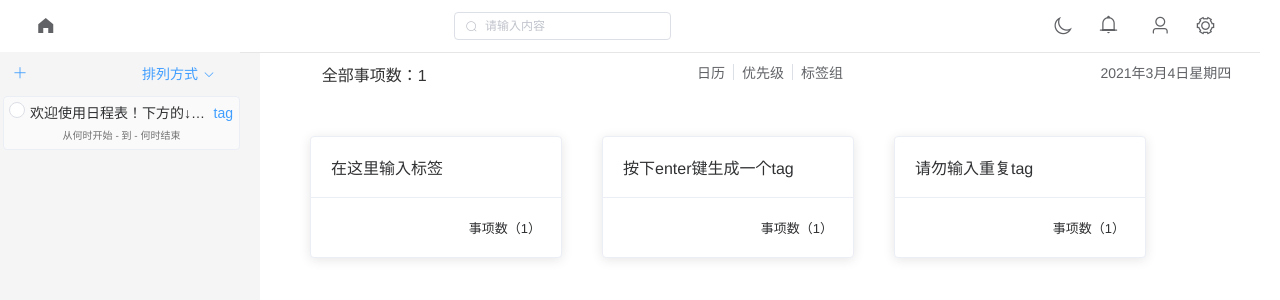
Repository: sierra0114/project01
Page: /#/tags
An editor plug-in stored every save of this project. The page is shown before and after the next save, followed by the edit.
The browser window is 1280 px wide. The pictures show the whole page.
The project was rebuilt for these pictures with package versions that can differ from the ones it lists, and the page was loaded fresh each time. Also part of the build but not shown: vue.config.js, src/components/Approaching.vue, src/components/Expired.vue, src/components/System.vue, src/components/Calendar.vue, src/components/User.vue, src/components/Login.vue, src/components/Register.vue and 2 more.

Above is the page before, as saved 2021-03-04 00:34:42.

### public/index.html
<!DOCTYPE html>
<html>

<head>
  <meta charset="utf-8">
  <meta name="viewport" content="width=device-width,initial-scale=1.0">
  <title>日程表</title>
  <style media="screen" type="text/css">
    body {
      font-family: "Helvetica Neue", Helvetica, "PingFang SC", "Hiragino Sans GB", "Microsoft YaHei", "微软雅黑", Arial, sans-serif;
      margin: 0;
      padding: 0;
      overflow-y: hidden;
      overflow-x: hidden;
      color: #333333;
      width: 100vw;
      height: 100vh;
    }

    #appLoading {
      width: 100%;
      height: 100%;
      background-color: rgb(130, 161, 177);
      z-index: 9999;
    }

    #loadingImg {
      border-radius: 50%;
      position: absolute;
      top: 45%;
      left: 48%;
      translate: 1s ease-in-out 0;
      animation: rotate 1s linear infinite;
    }


    /* 覆盖user页面里默认的图标颜色 */

    .el-icon-basketball:before {
      content: "\e7a5";
      color: rgb(224, 130, 53);
    }

    .el-icon-cold-drink:before {
      content: "\e7a5";
      color: rgb(235, 231, 47);
    }

    .el-icon-grape:before {
      content: "\e7a5";
      color: rgb(74, 55, 97);
    }

    .el-icon-apple:before {
      content: "\e7a5";
      color: rgb(175, 56, 56);
    }

    .el-icon-lollipop:before {
      content: "\e7a5";
      color: rgb(75, 165, 218);
    }

    .el-icon-coffee:before {
      content: "\e7a5";
      color: rgb(107, 79, 62);
    }

    .el-icon-user-solid:before {
      content: "\e7a5";
      color: rgb(227, 235, 243);
    }
  </style>
</head>

<body>
  <div id="appLoading">
    <div id="loadingImg">
      <svg t="1613764102468" class="icon" viewBox="0 0 1024 1024" version="1.1" xmlns="http://www.w3.org/2000/svg"
        p-id="6649" data-spm-anchor-id="a313x.7781069.0.i24" width="48" height="48">
        <path
          d="M546.462897 266.292966c-73.410207 0-133.15531-59.727448-133.155311-133.137656C413.307586 59.762759 473.05269 0 546.462897 0c73.410207 0 133.12 59.727448 133.12 133.15531 0 73.410207-59.709793 133.137655-133.12 133.137656z m-283.453794 105.736827c-67.054345 0-121.626483-54.554483-121.626482-121.644138s54.572138-121.644138 121.626482-121.644138a121.767724 121.767724 0 0 1 121.608828 121.644138c0 67.054345-54.554483 121.644138-121.608828 121.644138zM142.547862 647.185655A107.343448 107.343448 0 0 1 35.310345 539.895172a107.343448 107.343448 0 0 1 107.237517-107.237517 107.343448 107.343448 0 0 1 107.219862 107.237517 107.343448 107.343448 0 0 1-107.219862 107.272828z m120.461241 272.595862a91.047724 91.047724 0 0 1-90.941793-90.959448 91.065379 91.065379 0 0 1 90.924138-90.941793 91.065379 91.065379 0 0 1 90.941793 90.941793c0 50.14069-40.783448 90.959448-90.924138 90.959448zM546.462897 1024a79.518897 79.518897 0 0 1-79.448276-79.448276c0-43.820138 35.645793-79.448276 79.448276-79.448276a79.518897 79.518897 0 0 1 79.43062 79.448276c0 43.820138-35.628138 79.448276-79.448276 79.448276z m287.744-134.285241a64.194207 64.194207 0 0 1-64.123587-64.123587 64.194207 64.194207 0 0 1 64.123587-64.123586 64.194207 64.194207 0 0 1 64.123586 64.123586 64.194207 64.194207 0 0 1-64.123586 64.123587z m117.848275-296.695173a52.683034 52.683034 0 0 1-52.612413-52.612414 52.683034 52.683034 0 0 1 52.612413-52.630069 52.70069 52.70069 0 0 1 52.630069 52.612414 52.718345 52.718345 0 0 1-52.630069 52.630069z m-158.667034-338.696827a40.818759 40.818759 0 1 0 81.655172 0.017655 40.818759 40.818759 0 0 0-81.655172 0z"
          p-id="6650" data-spm-anchor-id="a313x.7781069.0.i23" class="" fill="#ffffff"></path>
      </svg>
    </div>
  </div>

  <div id="app"></div>

</body>

</html>

### src/layout/AppMain.vue
<template>
  <el-container>
    <el-header height="52px">

      <Header @to-appmain="refSidbar"></Header>

    </el-header>
    <el-container v-if="!noSidebar">
      <el-aside width="260px">

        <Sidbar ref="Sidbar"></Sidbar>

      </el-aside>
      <el-main>

        <router-view name="Main"></router-view>

      </el-main>

    </el-container>

  </el-container>
</template>
<script>
import Header from '../components/Header'
import Sidbar from '../components/Sidbar'
// import Main from '../components/Main'
import dataBase from '../data/dataBase.js'
export default {
  name: 'AppMain',
  components: {
    Header,
    Sidbar
  },
  computed: {},
  data () {
    return {
      msg: 'hello',
      noSidebar: false
    }
  },
  methods: {
    refSidbar (info) {
      this.$refs.Sidbar.passThisToForm(info)
    }
  },
  created () {
    dataBase() // 初始化数据库
  }
}
</script>
<style scoped>
.el-header,
.el-footer {
  text-align: center;
  line-height: 50px;
  height: 50px;
}
Header {
  line-height: 50px;
  height: 50px;
}

.el-aside {
  background-color: rgb(245, 245, 245);
  text-align: center;
}

.el-main {
  text-align: center;
  padding: 10px;
}

body > .el-container {
  margin-bottom: 0;
  width: 100vw;
  height: 100vh;
}

.el-container:nth-child(5) .el-aside,
.el-container:nth-child(6) .el-aside {
  line-height: 260px;
}

.el-container:nth-child(7) .el-aside {
  line-height: 320px;
}

/* header {
  display: flex;
  position: fixed;
  top: 0;
  left: 0;
  width: 100vw;
  height: 40px;
  background-color: rgb(255, 0, 0);
}
sidbar {
  display: flex;
  width: 200px;
  background-color: rgb(200, 255, 0);
}
main {
  position: relative;
  display: flex;

  top: 40px;
  left: 0;
  right: 0;
  background-color: rgb(0, 255, 13);
}
full-calendar {
flex-grow: 1;
  background-color: rgb(0, 255, 255);
} */
</style>

### src/components/Sidbar.vue


<template id='Sidbar'>
  <div class="Sidbar">
    <div class="container">
      <el-row>
        <el-col :span="24">
          <Form @bindFunc="getListFromForm" ref="drawer"></Form>
          <div class="view-change">
            <el-dropdown
              size="medium"
              placement="bottom"
              @command="handleCommand"
            >
              <span class="drop-down-link"
                >排列方式<i class="el-icon-arrow-down el-icon--right"></i
              ></span>
              <el-dropdown-menu slot="dropdown">
                <el-dropdown-item command="a">时间顺序</el-dropdown-item>
                <el-dropdown-item command="b">时间逆序</el-dropdown-item>
                <!-- <el-dropdown-item command="c">螺蛳粉</el-dropdown-item>
              <el-dropdown-item command="d" disabled>双皮奶</el-dropdown-item>
              <el-dropdown-item command="e" divided>蚵仔煎</el-dropdown-item> -->
              </el-dropdown-menu>
            </el-dropdown>
          </div>
        </el-col>
      </el-row>
    </div>

    <div class="empty"></div>
    <div class="cards" v-if="!isReverse">
      <SidbarCard
        v-for="item in this.resovedList"
        :key="item.reKey"
        :info="item"
        @openForm-between="passThisToForm"
      ></SidbarCard>
      <!-- info绑定的是子组件的props的属性 -->
    </div>
    <div class="cards" v-else>
      <SidbarCard
        v-for="item in this.resovedListReverse"
        :key="item.reKey"
        :info="item"
        @openForm-between="passThisToForm"
      ></SidbarCard>
      <!-- info绑定的是子组件的props的属性 -->
    </div>

    <div class="empty"></div>
  </div>
</template>

<script>
import SidbarCard from "./SidbarCard.vue";
import Form from "./Form";

export default {
  name: "Sidbar",
  data() {
    return {
      list: [], // 从数据库取得的所有数据数组
      resovedList: [], // 解析list以得到的缩略版本，顺序数组，传递给子组件sidbarCard
      resovedListReverse: [], // 和resovedList一样，逆序数组，传递给子组件sidbarCard

      // flag
      isReverse: false, // 数组是否逆序
    };
  },
  components: {
    SidbarCard,
    Form,
  },
  methods: {
    getListFromForm(list) {
      // eslint-disable-next-line no-unused-vars
      this.list = list;
    },
    getList() {
      let db; // 数据库对象
      let objStore; // 对象仓库
      let request; // 请求
      let transaction; // 连接事务
      let readRequest; // 读写事务

      request = window.indexedDB.open("db"); // 连接数据库
      request.onerror = () => {
        // 请求失败
        // console.log('连接数据库请求 失败 ！因为' + event)
      };

      request.onsuccess = (event) => {
        // 请求成功
        db = event.target.result;
        // db=request.result  一样的效果
        // console.log('连接数据库请求 成功 ')
        transaction = db.transaction("info", "readwrite"); // 开启读写事务
        objStore = transaction.objectStore("info"); // 指定事务为‘info’对象仓库的事务
        readRequest = objStore.getAll(null);

        readRequest.onerror = () => {
          // console.log('读写事务 失败！')
        };
        readRequest.onsuccess = () => {
          // console.log('读写事务 成功！已经获取到了list数据')
          this.list = readRequest.result;
          console.log("侧边栏获取到了list，它的值为：");
          console.log(this.list);
        };
      };
    },
    toColorClass(item) {
      let Class = "";
      let color = item.color;
      switch (color) {
        case "red":
          Class = "danger";
          break;
        case "blue":
          Class = "primary";
          break;
        case "green":
          Class = "success";
          break;
        case "yellow":
          Class = "warning";
          break;
        case "grey":
          Class = "info";
          break;
        case "":
          Class = "";
      }
      return Class;
    },
    getTime(item, num) {
      let timeObj = item.time[num];
      // eslint-disable-next-line valid-typeof
      if (typeof timeObj === null) {
        // time对象的类型为null（time对象为空
        return "时间对象不存在";
        // eslint-disable-next-line valid-typeof
      } else if (typeof timeObj === "string") {
        // time对象的类型为string（初始化数据的情况
        return timeObj;
      } else {
        let timetr = getTimeStr();
        return timetr;
      }
      function getTimeStr() {
        if (typeof timeObj === "object") {
          const day = timeObj.getDay();
          const date = timeObj.getDate();
          const month = timeObj.getMonth() + 1;
          const year = timeObj.getFullYear();
          const weekMap = [
            "",
            "星期一",
            "星期二",
            "星期三",
            "星期四",
            "星期五",
            "星期六",
            "星期日",
            "",
          ];
          const timeStr = year + "/" + month + "/" + date + " " + weekMap[day];
          return timeStr;
        }
      }
    },
    getTag(item) {
      let tags = [];
      let reTags = "";
      tags = item.tags;
      for (let i in tags) {
        reTags += "#" + tags[i] + " ";
      }
      return reTags;
    },
    getTagFlag(item) {
      let tags = [];
      tags = item.tags;

      if (tags.length === 0) {
        return false;
      } else {
        return true;
      }
    },
    getResovedList() {
      let resovedList = [];
      for (let i in this.list) {
        let item = this.list[i];
        let reTime = item.time;
        let reKey = item.key;
        let reMainText = item.mainText;
        let reColor = this.toColorClass(item);
        let reTimeFrom = this.getTime(item, 0);
        let reTimeTo = this.getTime(item, 1);
        let reTag = this.getTag(item);
        let tagFlag = this.getTagFlag(item);

        let resovedItem = {
          reTime,
          reMainText,
          reColor,
          reTimeFrom,
          reTimeTo,
          reTag,
          tagFlag,
          reKey,
        };

        resovedList.push(resovedItem);
      }
      resovedList.sort((a, b) => {
        return a.reTime[0] - b.reTime[0];
      });
      console.log("22222222222222");
      console.log(resovedList);
      return resovedList;
    },
    passThisToForm(keyOrInfo) {
      // 有两个调用来源：
      // 1从子组件sidbarCard的emit（参数为一个事项的key）
      // 2从父组件appmian的ref（参数为一个事项的全部信息）
      if (keyOrInfo.mainText) {
        let info = keyOrInfo;
        this.$refs.drawer.open(info); // 调用form的openForm方法
      } else {
        let key = keyOrInfo;
        for (let i in this.list) {
          if (this.list[i].key === key) {
            let info = this.list[i];
            this.$refs.drawer.open(info); // 调用form的openForm方法
            return;
          }
        }
      }
    },
    // --------------------------------------------------------------------------------------------------
    // --------------------------------------     下拉菜单指令     --------------------------------------
    // --------------------------------------------------------------------------------------------------
    handleCommand(command) {
      if (command === "a") {
        this.isReverse = false;
        console.log(this.isReverse);
        this.$message("正序");
      } else if (command === "b") {
        this.isReverse = true;
        console.log(this.isReverse);
        this.$message("逆序");
      }
    },
  },
  // --------------------------------------     whath     --------------------------------------
  watch: {
    list: {
      handler() {
        console.log("侧边栏的list更新了");
        this.resovedList = this.getResovedList();
        this.resovedListReverse = [...this.resovedList].reverse(); // 浅拷贝
        console.log("1111111111");
        console.log(this.resovedListReverse);
        console.log(this.resovedList);
      },
    },
    resovedList: {
      handler() {
        console.log("侧边栏的resovedList更新了");
      },
    },
  },
  // --------------------------------------     created     --------------------------------------

  created() {
    this.getList();
    console.log("侧边栏被创建了");
  },
  // --------------------------------------     beforeMount     --------------------------------------

  beforeMount() {
    this.resovedList = this.getResovedList();
  },
};
</script>

<!-- Add "scoped" attribute to limit CSS to this component only -->

<style scoped>
* {
  translate: 0.5s;
  font-weight: normal;
  font-size: 14px;
}
.Sidbar {
  display: block;
  background-color: rgb(245, 245, 245);

  max-height: 90vh;
  padding-right: 25px;
  overflow-y: auto;
  overflow-y: overlay;
  overflow-x: hidden;
}

.el-dropdown-link,
span {
  cursor: pointer;
  color: #409eff;
}
.el-icon-arrow-down {
  font-size: 12px;
}
.el-row {
  white-space: nowrap;
  width: fit-content;
  margin-top: 1px;

  position: fixed;
  width: 230px;
  background-color: rgb(245, 245, 245);
}
.el-col {
  display: flex;
  justify-content: space-between;
  align-items: center;
}
.container {
  position: fixed;
  width: 240px;
  height: 42px;
  background-color: rgb(245, 245, 245);
}
.newButton {
  font-size: bolder;
  padding-left: 20px;
}
.view-change {
  padding-right: 15px;
}
.empty {
  background-color: rgb(245, 245, 245);
  height: 42px;
}
.el-divider {
  top: 40px;
  margin: 0;
}
</style>

### src/components/Main.vue
<template>
  <div class="main">
    <el-row class="nav">
      <el-col :span="5">全部事项数：{{ eventsCountAll }}</el-col>

      <el-col :span="14">
        <router-link :to="{ name: 'calendar' }">
          <el-link>日历</el-link>
        </router-link>

        <el-divider direction="vertical"></el-divider>

        <router-link :to="{ name: 'priority' }">
          <el-link>优先级</el-link>
        </router-link>

        <el-divider direction="vertical"></el-divider>

        <router-link :to="{ name: 'tags' }">
          <el-link>标签组</el-link>
        </router-link>
      </el-col>
      <el-col :span="5">
        <el-link v-on:click="toToday">{{ today }}</el-link>
      </el-col>
    </el-row>
    <el-row class="view">
      <router-view></router-view>
    </el-row>
  </div>
</template>

<script>
import router from "../router";

export default {
  name: "Main",
  data() {
    return {
      today: "今天",

      // 事项计数
      eventsCountAll: 0,
      eventsCountOngoing: 0,
      eventsCountExpired: 0,

      thisMonth: 0,
    };
  },
  components: {},
  methods: {
    toToday() {
      router.push({
        name: "calendar",
        time: this.today,
      });
    },
    updatingToday() {
      setInterval(() => {
        const time = new Date();
        this.today = time;
        const day = time.getDay();
        const date = time.getDate();
        const month = time.getMonth() + 1;
        const year = time.getFullYear();
        const weekMap = [
          "",
          "星期一",
          "星期二",
          "星期三",
          "星期四",
          "星期五",
          "星期六",
          "星期日",
          "",
        ];
        const timeStr = year + "年" + month + "月" + date + "日" + weekMap[day];
        this.today = timeStr;
      }, 1000);
    },
    getEventsCount() {
      let db; // 数据库对象
      let objStore; // 对象仓库
      let request; // 请求
      let transaction; // 连接事务
      let readRequest; // 读写事务

      request = window.indexedDB.open("db"); // 连接数据库
      request.onerror = () => {
        // 请求失败
        // console.log('连接数据库请求 失败 ！因为' + event)
      };

      request.onsuccess = (event) => {
        // 请求成功
        db = event.target.result;
        // db=request.result  一样的效果
        // console.log('连接数据库请求 成功 ')
        transaction = db.transaction("info", "readwrite"); // 开启读写事务
        objStore = transaction.objectStore("info"); // 指定事务为‘info’对象仓库的事务
        readRequest = objStore.getAll(null);

        readRequest.onerror = () => {
          // console.log('读写事务 失败！')
        };
        readRequest.onsuccess = () => {
          // console.log('读写事务 成功！已经获取到了list数据')
          let list = readRequest.result;
          this.eventsCountAll = list.length;
          // alert(list.length)
        };
      };
    },
  },
  created() {
    this.updatingToday();
    this.getEventsCount();
  },
  updated() {
    this.getEventsCount();
  },
};
</script>

<!-- Add "scoped" attribute to limit CSS to this component only -->

<style scoped>
* {
  translate: 0.5s;
  font-weight: normal;
  font-size: 16px;
}

.router-view {
  display: block;
  overflow-y: scroll;
  overflow-x: auto;
}

.nav {
  padding-bottom: 10px;
}

a {
  text-decoration: none;
}

a:link {
  color: black;
}

a:visited {
  color: black;
}

a:hover {
  color: black;
}

a:active {
  color: black;
}

.router-link-active {
  text-decoration: none;
}
</style>

### src/components/Tags.vue
<template>
  <div class="container">
    <div v-for="(item, index) in tags" :key="index">
      <el-card
        style="text-align: left"
        :ref="index"
        class="hide"
        @mouseover.native="show(index)"
        @mouseout.native="hide(index)"
        @click.native="handleClick(index)"
      >
        <div slot="header" class="clearfix">
          <span>{{ item.tagNamw }}</span>
        </div>
        <div class="count">事项数（{{ item.tagCount }}）</div>
      </el-card>
    </div>
  </div>
</template>
<script>
import { store, mutations } from "../store";

export default {
  name: "Tags",
  data() {
    return {
      infolist: [],

      tags: [],
      tag: { tagCount: 0, tagNamw: "" },
      oldClass: "",
    };
  },
  methods: {
    show(index) {
      let oldClass = this.$refs[index][0].$el.className;
      let newClass = oldClass + " show";
      this.oldClass = this.$refs[index][0].$el.className;
      this.$refs[index][0].$el.className = newClass;
      // console.log(this.$refs[index][0].$el.className);
    },
    hide(index) {
      this.$refs[index][0].$el.className = this.oldClass;
      // console.log(this.$refs[index][0].$el.className);
    },
    handleClick(index) {
      let tag = this.tags[index];
      let infoArr = tag.infoArr;
      console.log(infoArr);
    },
    resolveListToTags() {
      //把indolist里面的信息转化到tags中
      let uniqTag = this.getUniqTags;
      let tagArr = [];

      for (let index in uniqTag) {
        let temp = this.querryTag(uniqTag[index]);
        let tag = {};
        tag.tagNamw = uniqTag[index];
        tag.tagCount = temp.length;
        tag.infoArr = temp;
        tagArr.push(tag);
      }
      this.tags = [...tagArr];
      this.$forceUpdate();
      // alert("更新视图");
    },
    querryTag(tag) {
      //根据tag查找对应的事项
      let temp = [];
      for (let i in this.infolist) {
        for (let j in this.infolist[i].tags) {
          if (this.infolist[i].tags[j] === tag) {
            temp.push(this.infolist[i]);
            break;
          }
        }
      }
      console.log(temp);
      return temp;
    },
    updateInfo() {
      let db; // 数据库对象
      let objStore; // 对象仓库
      let request; // 请求
      let transaction; // 连接事务
      let readRequest; // 读写事务

      request = window.indexedDB.open("db"); // 连接数据库
      request.onerror = () => {
        // 请求失败
        alert("连接数据库请求 失败 ！因为" + event);
      };

      request.onsuccess = (event) => {
        // 请求成功
        db = event.target.result;
        // db=request.result  一样的效果
        // console.log('连接数据库请求 成功 ')
        transaction = db.transaction("info", "readwrite"); // 开启读写事务
        objStore = transaction.objectStore("info"); // 指定事务为‘info’对象仓库的事务
        readRequest = objStore.getAll(null);

        readRequest.onerror = () => {
          alert("读写事务 失败！");
        };
        readRequest.onsuccess = () => {
          // console.log('读写事务 成功！已经获取到了list数据')
          this.infolist = readRequest.result;
          this.resolveListToTags();
          // alert("更新数据");
          mutations.setUpdateFlag(false);
        };
      };
    },
  },
  computed: {
    updateFlag() {
      return store.updateFlag;
    },
    getUniqTags: function () {
      let uniqTag = [];
      let allTags = [];

      for (let index in this.infolist) {
        let arr = this.infolist[index].tags;
        allTags = [...allTags, ...arr];
      }

      for (let i = 0; i < allTags.length; i++) {
        for (let j = i + 1; j < allTags.length; j++) {
          if (allTags[i] === allTags[j]) {
            //如果存在相等的两个tag
            i++; //进入下一层i循环
            j = i;
          }
        }
        uniqTag.push(allTags[i]);
        console.log(uniqTag);
      }
      return uniqTag;
    },
  },
  watch: {
    updateFlag: function () {
      // alert("watch检测到upstateflag更新");
      if (store.updateFlag === true) {
        this.updateInfo();
      }
    },
  },
  created() {
    this.updateInfo();
  },
};
</script>
<style scoped>
.container {
  display: flex;
  flex-flow: row wrap;
  margin: 20px;
}
.el-card {
  width: 250px;
  margin: 20px;
}
p {
  padding: 0 0 3px 5px;
  width: 180px;
  word-wrap: break-word;
  display: -webkit-box;
  -webkit-box-orient: vertical;
  /* 超过几行文字会被省略
   */
  -webkit-line-clamp: 1;
  overflow: hidden;
}
.count {
  text-align: right;
  font-size: 13px;
}
.show {
  cursor: pointer;
  background: rgb(245, 245, 245);
}
.hide {
  cursor: pointer;
}
</style>

### src/components/SidbarCard.vue
<template>
  <transition name="card">
    <el-card class="box-card" shadow="hover" :body-style="{ padding: '5px' }">
      <div class="clearfix">
        <div class="left">
          <el-button
            :type="info.reColor"
            size="mini"
            v-on:click="deleteInfo"
            circle
          ></el-button>
          <!-- 优先级：   红  >   黄    >蓝>    绿
           type= "danger">"warning">"">"success" -->

          <span
            class="info"
            :title="info.reMainText"
            v-on:click="openFormEmit"
            >{{ info.reMainText }}</span
          >
        </div>
        <el-tooltip
          v-if="info.tagFlag"
          effect="dark"
          :content="info.reTag"
          placement="right"
        >
          <el-button
            style="float: right; padding: 3px 0"
            type="text"
            v-on:click="openTags"
            >tag</el-button
          ></el-tooltip
        >
      </div>

      <p class="time" v-on:click="openFormEmit">
        {{ info.reTimeFrom }}<span> - 到 - </span>{{ info.reTimeTo }}
      </p>
    </el-card>
  </transition>
</template>
<script>
import router from "../router";
import { mutations } from "../store";

export default {
  name: "SidbarCard",
  data() {
    return {};
  },
  props: {
    info: Object,
  },
  methods: {
    deleteInfo() {
      // alert(this.info.reKey)
      let db; // 数据库对象
      let objStore; // 对象仓库
      let request; // 请求
      let transaction; // 连接事务
      let readRequest; // 读写事务

      request = window.indexedDB.open("db"); // 连接数据库
      request.onerror = () => {
        // alert('打开数据库失败！')
      };

      request.onsuccess = (event) => {
        // alert('打开数据库成功！')
        db = event.target.result;
        transaction = db.transaction("info", "readwrite"); // 开启读写事务
        objStore = transaction.objectStore("info"); // 指定事务为‘info’对象仓库的事务
        readRequest = objStore.delete(this.info.reKey);

        // 点击颜色圆点要通过key检索到并且从数据库中删除这个事项，目前没有实现从数据库中删除的功能，key是原因

        readRequest.onerror = () => {
          // alert('删除失败！')
        };
        readRequest.onsuccess = () => {
          // eslint-disable-next-line no-unused-expressions
          // console.log(this.$parent)
          this.$parent.getList(); // 更新sidbar视图
          // alert('删除成功！')
          mutations.setUpdateFlag(true);
        };
      };
    },
    openTags() {
      // 点击tag打开tag视图
      router.push({ name: "tags", key: this.info.reKey });
    },
    openFormEmit() {
      // 点击卡片打开form
      this.$emit("openForm-between", this.info.reKey);
    },
  },
  watch: {
    info: {
      handler(oldInfo, newInfo) {
        console.log("新的info值为：");
        console.log("卡片里的info更新了");
        console.log(newInfo);
      },
    },
  },
};
</script>
<style scoped>
* {
  font-weight: normal;
  /* font-size: 14px;   不知道为什么这条会覆盖下面的    font-size: 10px; */
}

.item {
  margin-bottom: 18px;
}

.clearfix {
  text-align: left;
  display: flex;
  flex-flow: row nowrap;
  align-items: flex-start;
  justify-content: space-between;
}
.left {
  text-align: left;
  display: flex;
  flex-flow: row nowrap;
  align-items: flex-start;
  justify-content: space-between;
}
.info {
  padding: 0 0 3px 5px;
  width: 180px;
  word-wrap: break-word;
  display: -webkit-box;
  -webkit-box-orient: vertical;
  /* 超过几行文字会被省略
   */
  -webkit-line-clamp: 1;
  overflow: hidden;
  cursor: pointer;
}
/* ////////////////////////////////////   动画-start    //////////////////////////////////////////////// */
.card-enter-active {
  transition: all 0.3s ease;
}
.card-leave-active {
  transition: all 0.2s cubic-bezier(1, 0.5, 0.8, 1);
}
.card-enter,.card-leave-to
/* .slide-fade-leave-active for below version 2.1.8 */ {
  transform: translateX(10px);
  opacity: 0;
}
/* ////////////////////////////////////   动画-end    //////////////////////////////////////////////// */

.time {
  cursor: pointer;
}
p {
  margin: 2px;
  color: rgb(114, 114, 114);
  font-size: 10px;
}
.el-row {
  z-index: 0;
}
.box-card {
  padding: 0px;
  margin: 2px 2px 2px 3px;
  width: 100%;
  background-color: rgba(255, 255, 255, 0.479);
}
</style>

Loaded but not shown: src/style/theme/index.css (library); src/data/dataBase.js (183 lines, source omitted); src/router/index.js (85 lines, source omitted); src/main.js (41 lines, source omitted); src/store/index.js (11 lines, source omitted); src/components/Form.vue (866 lines, source omitted); src/components/Header.vue (339 lines, source omitted)

After the next save:
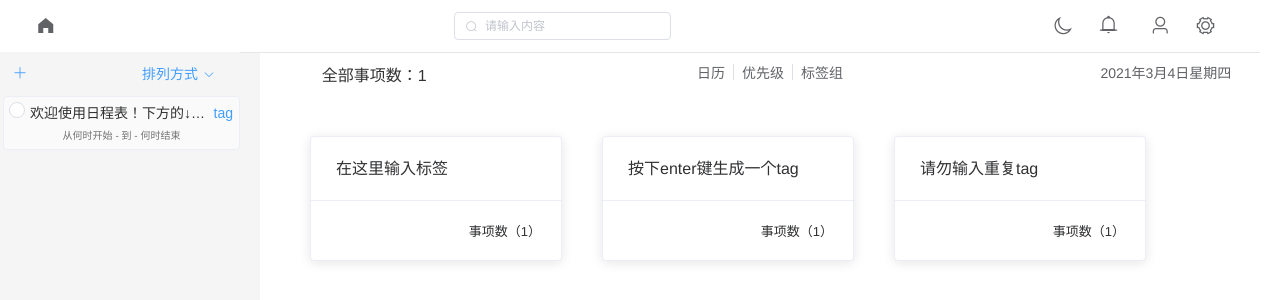
Saved 10 s later.
--- a/src/components/Tags.vue
+++ b/src/components/Tags.vue
@@ -164,7 +164,7 @@ export default {
   width: 250px;
   margin: 20px;
 }
-p {
+span {
   padding: 0 0 3px 5px;
   width: 180px;
   word-wrap: break-word;
